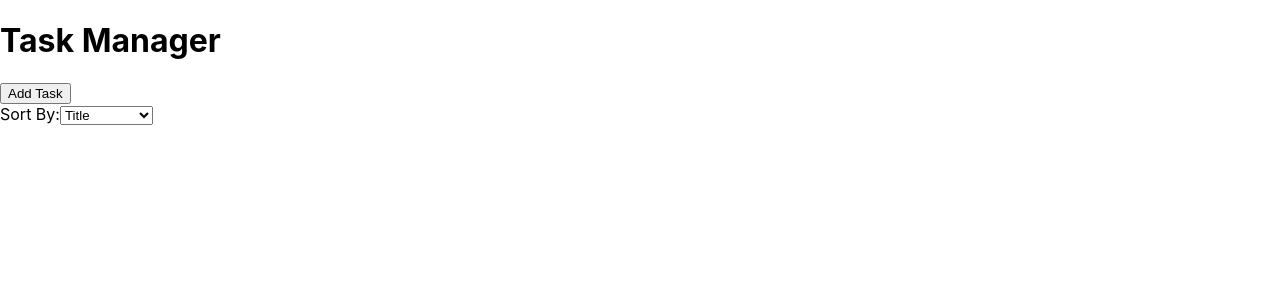
Repository: n-shen/task-tracker
Page: / (app in frontend/)
These files come from the project's save history. The page is drawn as it stood at one moment and after the next save; the edit follows.
The browser window is 1280 px wide. The pictures show the whole page.
The project was rebuilt for these pictures with package versions that can differ from the ones it lists, and the page was loaded fresh each time. Also part of the build but not shown: frontend/src/components/taskManager/addTask.jsx, frontend/src/components/tasks/task.jsx, frontend/src/components/taskManager/viewTasks.jsx.

Above is the page before, as saved 2023-04-19 20:36:45.

### frontend/public/index.html
<!DOCTYPE html>
<html lang="en">
  <head>
    <meta charset="utf-8" />
    <link rel="icon" href="%PUBLIC_URL%/favicon.ico" />
    <meta name="viewport" content="width=device-width, initial-scale=1" />
    <meta name="theme-color" content="#000000" />
    <meta
      name="description"
      content="Web site created using create-react-app"
    />
    <link rel="apple-touch-icon" href="%PUBLIC_URL%/logo192.png" />
    <!--
      manifest.json provides metadata used when your web app is installed on a
      user's mobile device or desktop. See https://developers.google.com/web/fundamentals/web-app-manifest/
    -->
    <link rel="manifest" href="%PUBLIC_URL%/manifest.json" />
    <!--
      Notice the use of %PUBLIC_URL% in the tags above.
      It will be replaced with the URL of the `public` folder during the build.
      Only files inside the `public` folder can be referenced from the HTML.

      Unlike "/favicon.ico" or "favicon.ico", "%PUBLIC_URL%/favicon.ico" will
      work correctly both with client-side routing and a non-root public URL.
      Learn how to configure a non-root public URL by running `npm run build`.
    -->
    <title>Task Tracker App</title>
  </head>
  <body>
    <noscript>You need to enable JavaScript to run this app.</noscript>
    <div id="root"></div>
    <!--
      This HTML file is a template.
      If you open it directly in the browser, you will see an empty page.

      You can add webfonts, meta tags, or analytics to this file.
      The build step will place the bundled scripts into the <body> tag.

      To begin the development, run `npm start` or `yarn start`.
      To create a production bundle, use `npm run build` or `yarn build`.
    -->
  </body>
</html>

### frontend/src/App.js
import React from "react";
import TaskManager from "./components/taskManager/manager";


function App() {
  return (
    <div className="App">
      <TaskManager />
    </div>
  );
}

export default App;

### frontend/src/components/taskManager/manager.jsx
import React, { useState, useEffect } from "react";
import AddTaskForm from "./addTask";
import EditTaskForm from "../tasks/editTasks";
import DeleteTaskButton from "../tasks/deleteTasks";
import ViewTasks from "./viewTasks";
import TaskList from "../tasks/taskLists";

const TaskManager = () => {
  const [tasks, setTasks] = useState(
    JSON.parse(localStorage.getItem("tasks")) || []
  );
  const [showAddTask, setShowAddTask] = useState(false);
  const [showEditTask, setShowEditTask] = useState(false);
  const [showDeleteTask, setShowDeleteTask] = useState(false);
  const [selectedTask, setSelectedTask] = useState({});

  useEffect(() => {
    localStorage.setItem("tasks", JSON.stringify(tasks));
  }, [tasks]);

  const handleAddTask = (task) => {
    setTasks([...tasks, task]);
    setShowAddTask(false);
  };

  const handleEditTask = (editedTask) => {
    const newTasks = tasks.map((t) => {
      if (t.id === editedTask.id) {
        return editedTask;
      }
      return t;
    });
    setTasks(newTasks);
    setShowEditTask(false);
  };

  const handleDeleteTask = (taskId) => {
    const newTasks = tasks.filter((t) => t.id !== taskId);
    setTasks(newTasks);
    setShowDeleteTask(false);
  };

  const handleEditClick = (task) => {
    setSelectedTask(task);
    toggleEditTask();
  };

  const handleDeleteClick = (task) => {
    setSelectedTask(task);
  };

  const toggleAddTask = () => setShowAddTask(!showAddTask);

  const toggleEditTask = () => setShowEditTask(!showEditTask);


  return (
    <div>
      <h1>Task Manager</h1>
      <div>
        <button onClick={toggleAddTask}>Add Task</button>
        {showAddTask && <AddTaskForm onAdd={handleAddTask} />}
      </div>
      <div>
        <TaskList
          tasks={tasks}
          onEditTask={handleEditClick}
          onDeleteTask={handleDeleteClick}
        />
      </div>
      {/* <div>
        <ViewTasks
          tasks={tasks}
          onEditTask={setSelectedTask}
          onDeleteTask={setSelectedTask}
          toggleEditTask={toggleEditTask}
          toggleDeleteTask={toggleDeleteTask}
        />
      </div> */}
      {showEditTask && (
        <EditTaskForm
          task={selectedTask}
          onEdit={handleEditTask}
          toggleEditTask={toggleEditTask}
        />
      )}
      {showDeleteTask && (
        <DeleteTaskButton
          taskId={selectedTask?.id}
          onDelete={handleDeleteTask}
          onClose={() => {
            setShowDeleteTask(false);
            setSelectedTask({});
          }}
        />
      )}
    </div>
  );
};

export default TaskManager;

### frontend/src/components/tasks/taskLists.jsx
import React, { useState } from 'react';
import Task from './task';
import sortTasks from '../taskManager/sortTasks';

const TaskList = ({ tasks, onEditTask, onDeleteTask }) => {
  const [sortBy, setSortBy] = useState('title');

  if (!tasks) {
    return <div>No tasks found.</div>;
  }

  const handleSortChange = (e) => {
    setSortBy(e.target.value);
  };

  const sortedTasks = sortTasks(tasks, sortBy);

  return (
    <div>
      <div>
        <label>Sort By:</label>
        <select onChange={handleSortChange}>
          <option value="title">Title</option>
          <option value="status">Status</option>
          <option value="DateAdded">Date Added</option>
          <option value="dueDate">Due Date</option>
        </select>
      </div>
      <div>
        {sortedTasks.map((task) => (
          <Task
            key={task.id}
            tasks={task}
            onEditTask={onEditTask}
            onDeleteTask={onDeleteTask}
           />
        ))}
      </div>
    </div>
  );
};

export default TaskList;

### frontend/src/components/taskManager/sortTasks.jsx
const sortTasks = (tasks, sortBy) => {
  if (!Array.isArray(tasks)) {
    return [];
  }

  switch(sortBy) {
    case 'title':
      return tasks.sort((a, b) => a.title.localeCompare(b.title));
    case 'status':
      return tasks.sort((a, b) => a.status.localeCompare(b.status));
    case 'DateAdded':
      return tasks.sort((a, b) => new Date(a.dateAdded) - new Date(b.dateAdded));
    case 'dueDate':
      return tasks.sort((a, b) => new Date(a.dueDate) - new Date(b.dueDate));
    default:
      return tasks;
  }
};

export default sortTasks;

### frontend/src/components/tasks/editTasks.jsx
import React, { useState, useEffect } from "react";

const EditTaskForm = ({ task, onEdit }) => {
  const [title, setTitle] = useState("");
  const [description, setDescription] = useState("");
  const [status, setStatus] = useState("");
  const [dateAdded, setDateAdded] = useState("");
  const [dueDate, setDueDate] = useState("");

  useEffect(() => {
    if (task) {
      setTitle(task.title);
      setDescription(task.description);
      setStatus(task.status);
      setDateAdded(task.dateAdded);
      setDueDate(task.dueDate);
    }
  }, [task]);


  const handleSubmit = (e) => {
    e.preventDefault();
    onEdit({ ...task, title, description, status, dateAdded, dueDate });
  };

  const handleChange = (e) => {
    const { name, value } = e.target;
    switch (name) {
      case "title":
        setTitle(value);
        break;
      case "description":
        setDescription(value);
        break;
      case "status":
        setStatus(value);
        break;
      case "dateAdded":
        setDateAdded(value);
        break;
      case "dueDate":
        setDueDate(value);
        break;
      default:
        break;
    }
  };

  return (
    <form onSubmit={handleSubmit}>
      <label>
        Title:
        <input type="text" value={title} onChange={handleChange} />
      </label>
      <label>
        Description:
        <textarea value={description} onChange={handleChange} />
      </label>
      <label>
        Status:
        <select value={status} onChange={handleChange}>
          <option value="in progress">In Progress</option>
          <option value="completed">Completed</option>
        </select>
      </label>
      <label>
        Date Added:
        <input type="date" value={dateAdded} onChange={handleChange} />
      </label>
      <label>
        Due Date:
        <input type="date" value={dueDate} onChange={handleChange} />
      </label>
      <button type="submit">Save Task</button>
    </form>
  );
};

export default EditTaskForm;

### frontend/src/components/tasks/deleteTasks.jsx
import React from 'react';

const DeleteTaskButton = ({ taskId, onDelete, onClose }) => {
  const handleClick = () => {
    onDelete(taskId);
    onClose();
  };

  return (
    <button onClick={handleClick}>Delete</button>
  );
};

export default DeleteTaskButton;

Loaded but not shown: frontend/src/index.js (common file); frontend/src/styles/index.css (common file); frontend/src/reportWebVitals.js (common file)

After the next save:
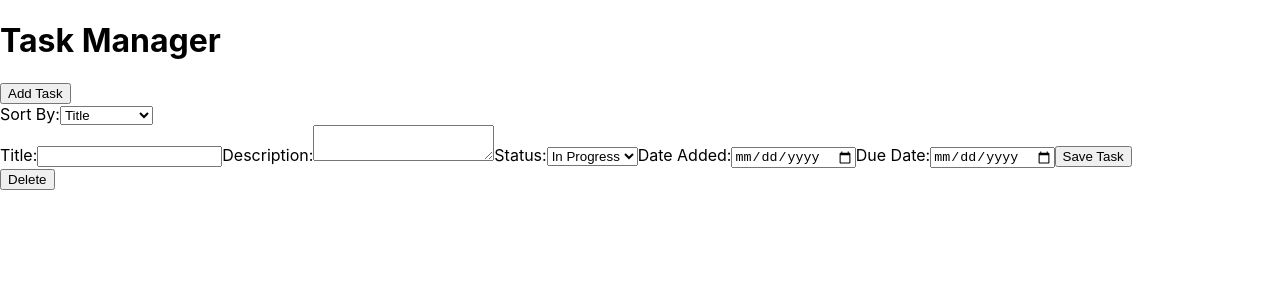
Saved 84 s later.
--- a/frontend/src/components/taskManager/manager.jsx
+++ b/frontend/src/components/taskManager/manager.jsx
@@ -10,8 +10,8 @@ const TaskManager = () => {
     JSON.parse(localStorage.getItem("tasks")) || []
   );
   const [showAddTask, setShowAddTask] = useState(false);
-  const [showEditTask, setShowEditTask] = useState(false);
-  const [showDeleteTask, setShowDeleteTask] = useState(false);
+  // const [showEditTask, setShowEditTask] = useState(false);
+  // const [showDeleteTask, setShowDeleteTask] = useState(false);
   const [selectedTask, setSelectedTask] = useState({});
 
   useEffect(() => {
@@ -31,18 +31,18 @@ const TaskManager = () => {
       return t;
     });
     setTasks(newTasks);
-    setShowEditTask(false);
+    // setShowEditTask(false);
   };
 
   const handleDeleteTask = (taskId) => {
     const newTasks = tasks.filter((t) => t.id !== taskId);
     setTasks(newTasks);
-    setShowDeleteTask(false);
+    // setShowDeleteTask(false);
   };
 
   const handleEditClick = (task) => {
     setSelectedTask(task);
-    toggleEditTask();
+    // toggleEditTask();
   };
 
   const handleDeleteClick = (task) => {
@@ -51,7 +51,7 @@ const TaskManager = () => {
 
   const toggleAddTask = () => setShowAddTask(!showAddTask);
 
-  const toggleEditTask = () => setShowEditTask(!showEditTask);
+  // const toggleEditTask = () => setShowEditTask(!showEditTask);
 
 
   return (
@@ -77,23 +77,23 @@ const TaskManager = () => {
           toggleDeleteTask={toggleDeleteTask}
         />
       </div> */}
-      {showEditTask && (
+      {/* {showEditTask && ( */}
         <EditTaskForm
           task={selectedTask}
           onEdit={handleEditTask}
-          toggleEditTask={toggleEditTask}
+          // toggleEditTask={toggleEditTask}
         />
-      )}
-      {showDeleteTask && (
+      {/* )} */}
+      {/* {showDeleteTask && ( */}
         <DeleteTaskButton
           taskId={selectedTask?.id}
           onDelete={handleDeleteTask}
           onClose={() => {
-            setShowDeleteTask(false);
+            // setShowDeleteTask(false);
             setSelectedTask({});
           }}
         />
-      )}
+      {/* )} */}
     </div>
   );
 };
